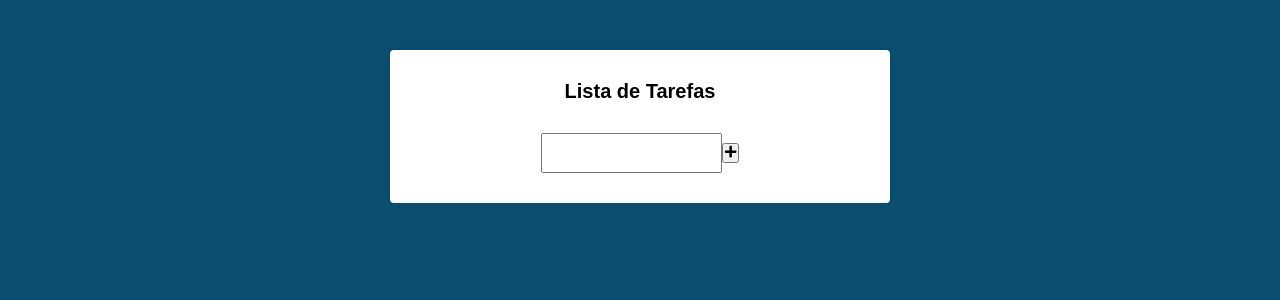
Repository: FellipeMiguel/lista-de-tarefas
Page: /
The author's editor kept a copy of each file at every save. The page is drawn from the files as they stood at one save, then again after the next save.
The browser window is 1280 px wide. The pictures show the whole page.
The project was rebuilt for these pictures with package versions that can differ from the ones it lists, and the page was loaded fresh each time.

Above is the page before, as saved 2023-06-14 23:29:23.

After the next save:
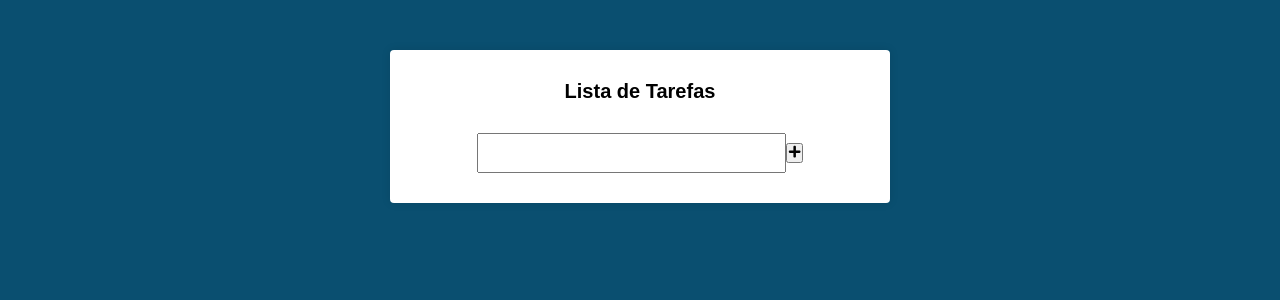
Saved 36 s later.
--- a/src/components/Main.css
+++ b/src/components/Main.css
@@ -21,5 +21,6 @@
 
 .form input[type="text"] {
   height: 40px;
-  padd
+  padding: 0 20px;
+  font-size: 20px;
 }
